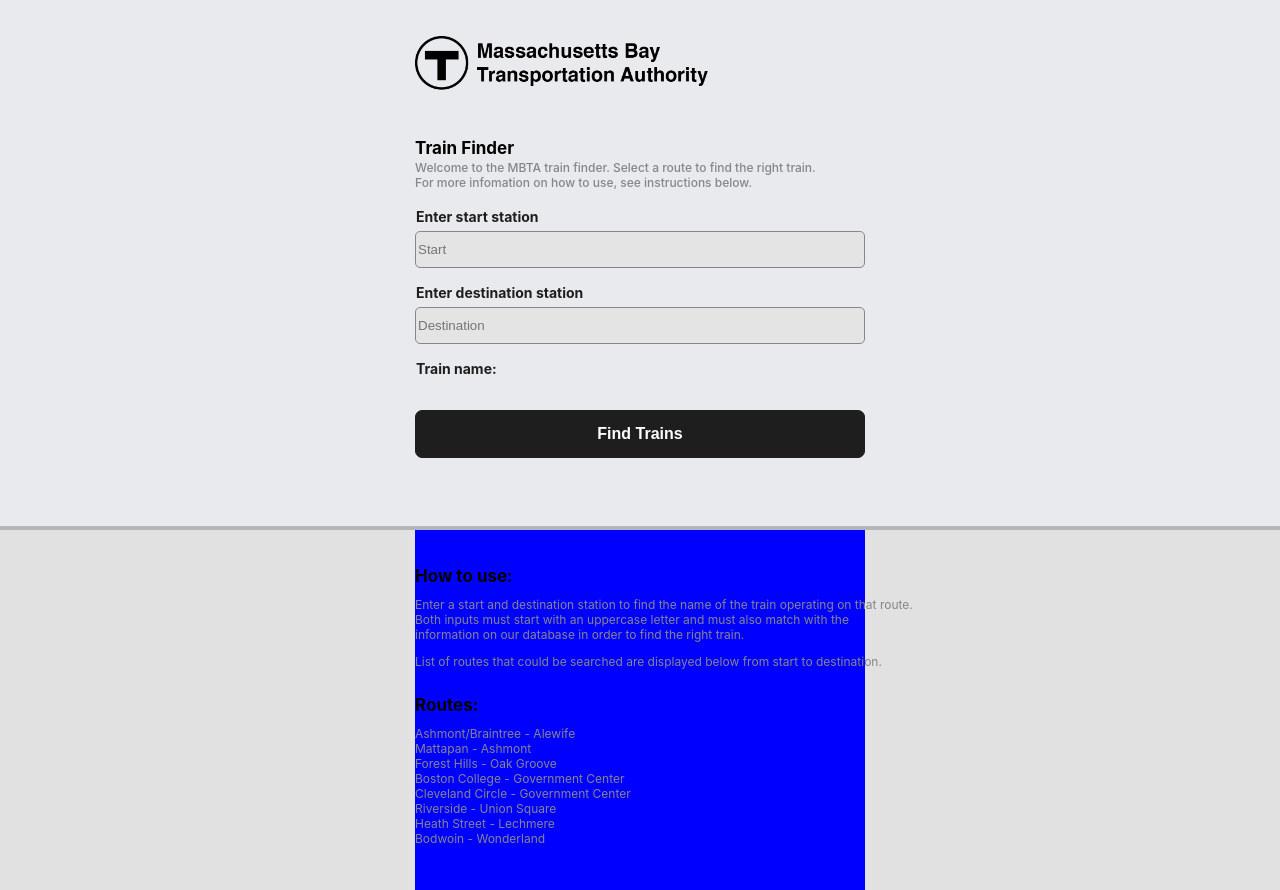
Repository: jumadesigns/mbta-train-finder
Page: / (app in mbta-app/)
These files come from the project's save history. The page is drawn as it stood at one moment and after a run of saves; the edit follows.
The browser window is 1280 px wide. The pictures show the whole page.
The page's requests for data from a server got no answer. The project was rebuilt for these pictures with package versions that can differ from the ones it lists, and the page was loaded fresh each time. No one was signed in, and anything a server would have sent is missing.

Above is the page before, as saved 2022-09-26 21:51:38.

### mbta-app/src/index.css
body {
  margin: 0;
  font-family: -apple-system, BlinkMacSystemFont, "Segoe UI", "Roboto", "Oxygen",
    "Ubuntu", "Cantarell", "Fira Sans", "Droid Sans", "Helvetica Neue",
    sans-serif;
  -webkit-font-smoothing: antialiased;
  -moz-osx-font-smoothing: grayscale;
  height: 100vh;
}

.App {
  text-align: center;
}

.App-logo {
  margin-top: 3vh;
  max-width: 65%;
  max-height: 65%;
  margin-right: 25vh;
}

.header-title {
  text-align: left;
  margin-top: 6vh;
  font-size: 17px;
}

.header-subtitle {
  color: #858689;
  font-size: 12px;
  font-weight: 500;
  text-align: left;
  margin-top: -2vh;
}

.input-div {
  display: flex;
  flex-direction: column;
  justify-content: center;
  align-items: center;
  background-color: #e9eaed;
}

.input-container {
  margin-top: 2vh;
  height: 55vh;
  width: 450px;
  margin-bottom: 16vh;
}

.mbta-input-container {
  display: flex;
  flex-direction: column;
  justify-content: space-between;
  align-items: left;
}

.label-title {
  font-size: 14px;
  color: #1e1e1e;
  text-align: left;
  padding: 1px;
  margin: 5px;
  margin-bottom: 10px;
  margin-left: 0px;
}

.find-train-button {
  height: 48px;
  background-color: #1e1e1e;
  color: white;
  border: 1.5px solid #1e1e1e;
  border-radius: 7px;
}

.button-text {
  text-align: center;
  font-size: 16px;
  margin-top: 13px;
}

.input-bar {
  background: #e4e4e4;
  border: 1.5px solid #858689;
  border-radius: 5px;
  height: 33px;
  margin-bottom: 10px;
  margin-top: -5px;
}

.train-title {
  margin-bottom: 0vh;
}

#train-name {
  font-weight: 700;
  font-size: 20px;
  color: #1e1e1e;
  margin-bottom: 0px;
}

#train-name-not-found {
  font-size: 15px;
  font-weight: 700;
  margin-top: 0vh;
  color: red;
}

#error-message {
  margin-top: 1vh;
  color: red;
  font-size: 15px;
  font-weight: 700;
}

.bottom-container {
  position: absolute;
  bottom: 40;
  width: 100%;
  background-color: #e1e1e1;
  border-top: 4px #b5b5b5 solid;
  height: 50vh;
  display: flex;
  flex-direction: column;
  justify-content: center;
  align-items: center;
}

.bottom-center-div {
  height: 400px;
  width: 450px;
  margin-top: 0vh;
  background-color: blue;
}

.bottom-section-title-1 {
  position: absolute;
  font-weight: 700;
  font-size: 17px;
  margin-top: 5vh;
  margin-right: 25vw;
}

.bottom-section-title-2 {
  position: absolute;
  font-weight: 700;
  font-size: 17px;
  margin-top: 2vh;
  margin-right: 25vw;
}

.bottom-section-paragraph-1 {
  font-size: 12px;
  text-align: left;
  color: #858689;
  margin-top: 9.3vh;
  width: 500px;
}

.bottom-section-paragraph-2 {
  font-size: 12px;
  text-align: left;
  color: #858689;
  margin-top: 8vh;
  width: 500px;
}

### mbta-app/src/App.js
import logo from "./logo.png";
import "./index.css";
import Input from "./Input";

/*

  My name is Victor Nite. Thank you for allowing me the opportunity to build this app.
  Although i was required to just complete the steps on the instruction, I went ahead to implement
  some additional functionalities to enhance the the user experience of the app. Here is what i added.

  1. ** Validation Checks **
  Since the name of the stops returned from the API are case sensitive and a user might not know that, I
  implemented validation check to inform the user that the first letter of each word must be case sensitive.
  I also implemented another validation to the check if the stations are not entered correctly.

  2. ** List the stations **
  I also thought a first time user might not know what to search for or how to combine
  the right stations to find a train. So i displayed a list of the stations to aide first time users.

  3. ** Interactive UI **
  I implemented an interactive UI with the official MBTA logo and their style guidelines. I also displayed
  instructions on how to use the app on the UI


  ** ISSUES I HAD **
  I was able to attempt all the steps however, i couldn't make progess with Step 2 simply because all the objects
  with the MBTA trains all returned 2 stops so there was nothing to compare them with.


  I added some comment alongside some of the code for better understanding on my thought process.

*/

function App() {
  return (
    <div className="App">
      <div className="input-div">
        <div className="input-container">
          <header className="App-header">
            <img src={logo} className="App-logo" alt="logo" />
            <h3 className="header-title">Train Finder</h3>
            <p className="header-subtitle">
              Welcome to the MBTA train finder. Select a route to find the right train. <br></br>
              For more infomation on how to use, see instructions below.
            </p>
          </header>

          <Input />
        </div>
      </div>
      <div className="bottom-container">
        <div className="bottom-center-div">
          <h3 className="bottom-section-title-1">How to use:</h3>

          <p className="bottom-section-paragraph-1">
            Enter a start and destination station to find the name of the train
            operating on that route. Both inputs must start with an uppercase
            letter and must also match with the information on our database in
            order to find the right train.
            <p>
              List of routes that could be searched are displayed below from
              start to destination.
            </p>
          </p>

          <h3 className="bottom-section-title-2">Routes:</h3>

          <p className="bottom-section-paragraph-2">
            Ashmont/Braintree - Alewife <br></br>
            Mattapan - Ashmont <br></br>
            Forest Hills - Oak Groove <br></br>
            Boston College - Government Center <br></br>
            Cleveland Circle - Government Center <br></br>
            Riverside - Union Square <br></br>
            Heath Street - Lechmere <br></br>
            Bodwoin - Wonderland <br></br>
          </p>
        </div>
      </div>
    </div>
  );
}

export default App;

### mbta-app/src/Input.js
import "./index.css";
import Axios from "axios";
import React from "react";
import { useEffect, useState } from "react";

/*

  My name is Victor Nite. Thank you for allowing me the opportunity to build this app.
  Although i was required to just complete the steps on the instruction, I went ahead to implement
  some additional functionalities to enhance the the user experience of the app. Here is what i added.

  1. ** Validation Checks **
  Since the name of the stops returned from the API are case sensitive and a user might not know that, I
  implemented validation check to inform the user that the first letter of each word must be case sensitive.
  I also implemented another validation to the check if the stations are not entered correctly.

  2. ** List the stations **
  I also thought a first time user might not know what to search for or how to combine
  the right stations to find a train. So i displayed a list of the stations to aide first time users.

  3. ** Interactive UI **
  I implemented an interactive UI with the official MBTA logo and their style guidelines. I also displayed
  instructions on how to use the app on the UI


  ** ISSUES I HAD **
  I was able to attempt all the steps however, i couldn't make progess with Step 2 simply because all the objects
  with the MBTA trains all returned 2 stops so there was nothing to compare them with.


  I added some comment alongside some of the code for better understanding on my thought process.

*/

function Input() {
  const [responseData, setResponseData] = useState([]);
  const [start, setStart] = useState("");
  const [destination, setDestination] = useState("");
  const [foundTrains, setFoundTrains] = useState("");
  const [errorText, setErrorText] = useState("");
  const [notFound, setNotFound] = useState("");

  //Makes the API call for Step 1 whenever the page loads.
  useEffect(() => {
    getData();
  }, []);

  //Checks on when there is no input.
  useEffect(() => {
    if (start === "" && destination === "") {
      setNotFound("");
      setErrorText("");
      setFoundTrains("");
    }
  }, [start, destination]);

  //Checks for inputs with the wrong answer.
  useEffect(() => {
    if (notFound !== "") {
      setFoundTrains("");
    }
  }, [notFound]);

  const handleStartChange = (event) => {
    const word = event.target.value;

    //Checks for validation to make sure first letter is uppercase. (New Feature)
    if (word.charAt(0) === word.charAt(0).toLowerCase()) {
      setErrorText(
        "*First letter must be Uppercase! Please delete and type again"
      );
    } else if (word.charAt(0) === word.charAt(0).toUpperCase()) {
      setErrorText("");
    }
    setStart(word);
  };

  const handleDestinationChange = (event) => {
    const word = event.target.value;

    //Checks for validation to make sure first letter is uppercase. (New Feature)
    if (word.charAt(0) === word.charAt(0).toLowerCase()) {
      setErrorText("First letter must be Uppercase");
    } else if (word.charAt(0) === word.charAt(0).toUpperCase()) {
      setErrorText("");
    }
    setDestination(word);
  };

  const FindTrains = () => {
    const findTrains = responseData.filter((train) => {
      return (
        train.attributes.direction_destinations.includes(start) &&
        train.attributes.direction_destinations.includes(destination)
      );
    });

    //Checks for when the search returns no data, updates the state to display a message.
    if (findTrains.length > 0) {
      const found = findTrains
        .map((train) => train.attributes.long_name)
        .join("line, ");
      setFoundTrains(found);
    } else {
      setNotFound(
        "*No train was found! Please clear all inputs and search again."
      );
    }
  };

  const getData = () => {
    /*
        Fetch the API. Using the second API link because it returns a more
        filtered list unlike the first one.
    */
    Axios.get("https://api-v3.mbta.com/routes?filter[type]=0,1").then(
      (response) => {
        //Put response in a variable
        const res = response.data;
        //console.log(res.data);

        //Map through the res variable to log to the name of trains to the console as required for Step 1.
        res.data.map((val) => console.log(val.attributes.long_name));

        //Set response to the state
        setResponseData(res.data);
      }
    );
  };

  return (
    <div className="">
      <div className="mbta-input-container">
        <h4 className="label-title">Enter start station</h4>
        <input
          className="input-bar"
          type="text"
          value={start}
          placeholder="Start"
          onChange={(e) => handleStartChange(e)}
        />
        <h4 className="label-title">Enter destination station</h4>
        <input
          className="input-bar"
          type="text"
          value={destination}
          placeholder="Destination"
          onChange={(e) => handleDestinationChange(e)}
        />
        <h4 className="label-title train-title">Train name:</h4>
        <h2 id="train-name">{foundTrains}</h2>
        <p id="train-name-not-found">{notFound}</p>

        <button onClick={FindTrains} className="find-train-button">
          <h3 className="button-text">Find Trains</h3>
        </button>

        <span id="error-message">{errorText}</span>
      </div>
    </div>
  );
}

export default Input;

Loaded but not shown: mbta-app/public/index.html (common file); mbta-app/src/index.js (common file)

After the next 3 saves:
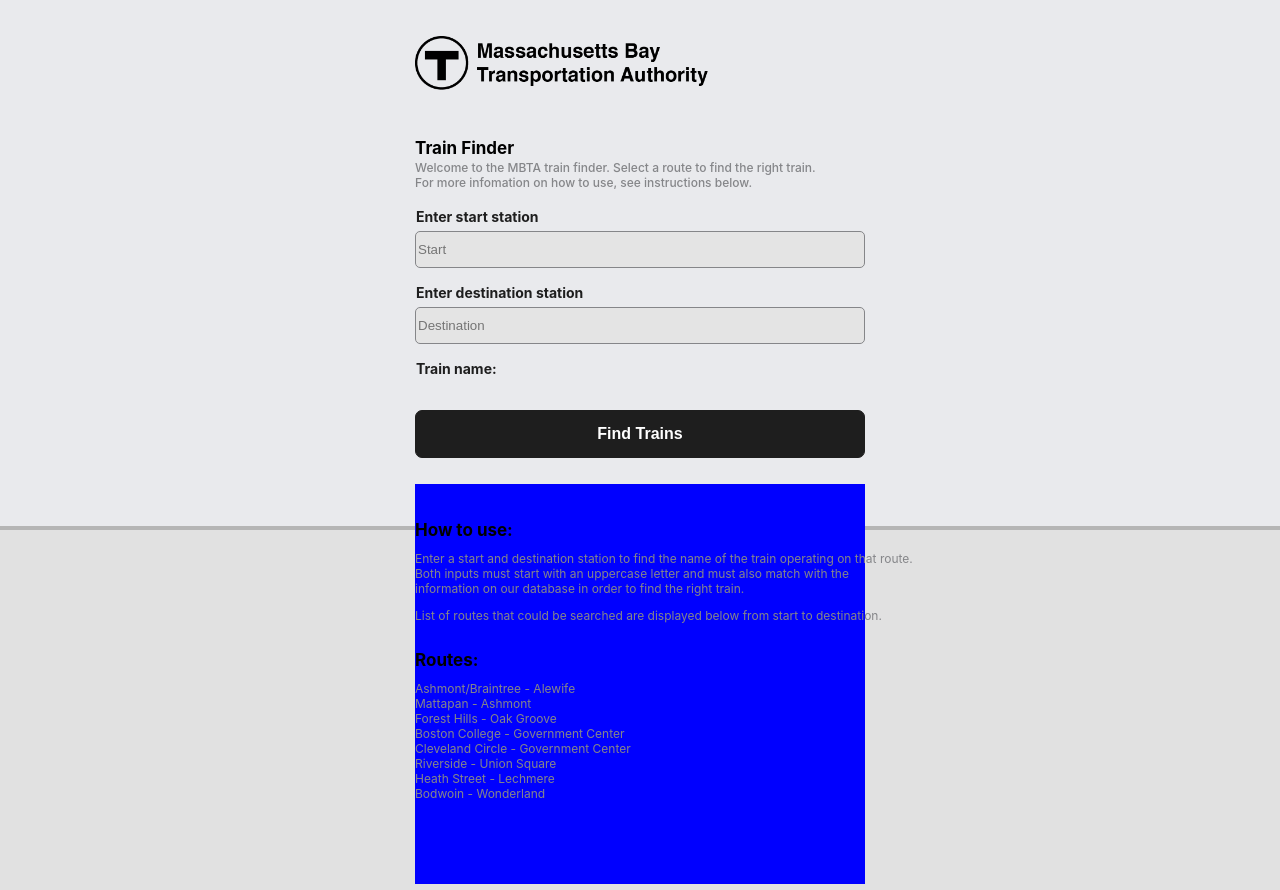
The 3 saves are shown as one change because they came seconds apart.
The last was saved 32 s later.
--- a/mbta-app/src/index.css
+++ b/mbta-app/src/index.css
@@ -129,7 +129,7 @@
 .bottom-center-div {
   height: 400px;
   width: 450px;
-  margin-top: 0vh;
+  margin-top: -7vh;
   background-color: blue;
 }
 

After the 4 saves that followed:
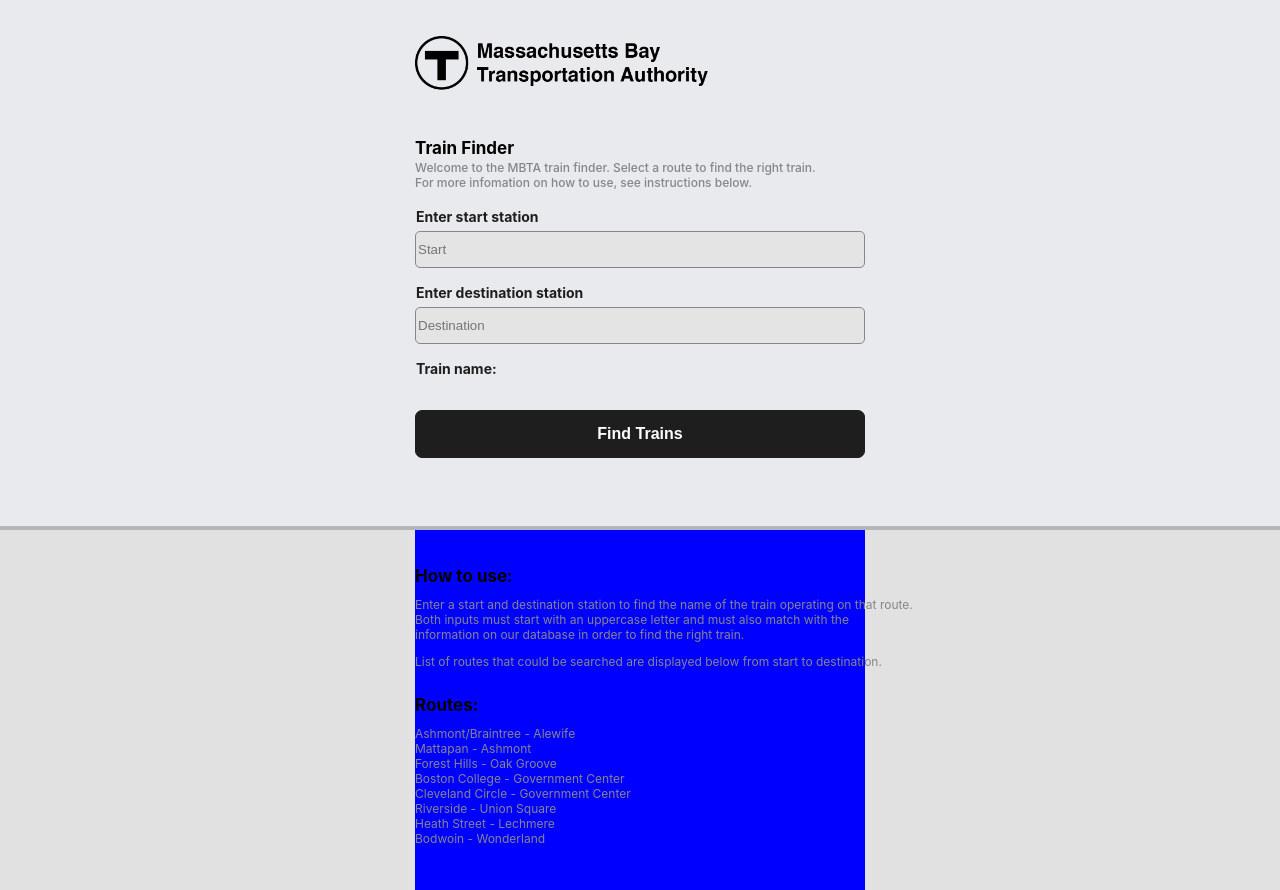
The 4 saves are shown as one change because 1 left the picture as it was and some came seconds apart.
The last was saved 44 s later.
--- a/mbta-app/src/index.css
+++ b/mbta-app/src/index.css
@@ -129,7 +129,7 @@
 .bottom-center-div {
   height: 400px;
   width: 450px;
-  margin-top: -7vh;
+  margin-top: 0vh;
   background-color: blue;
 }
 
